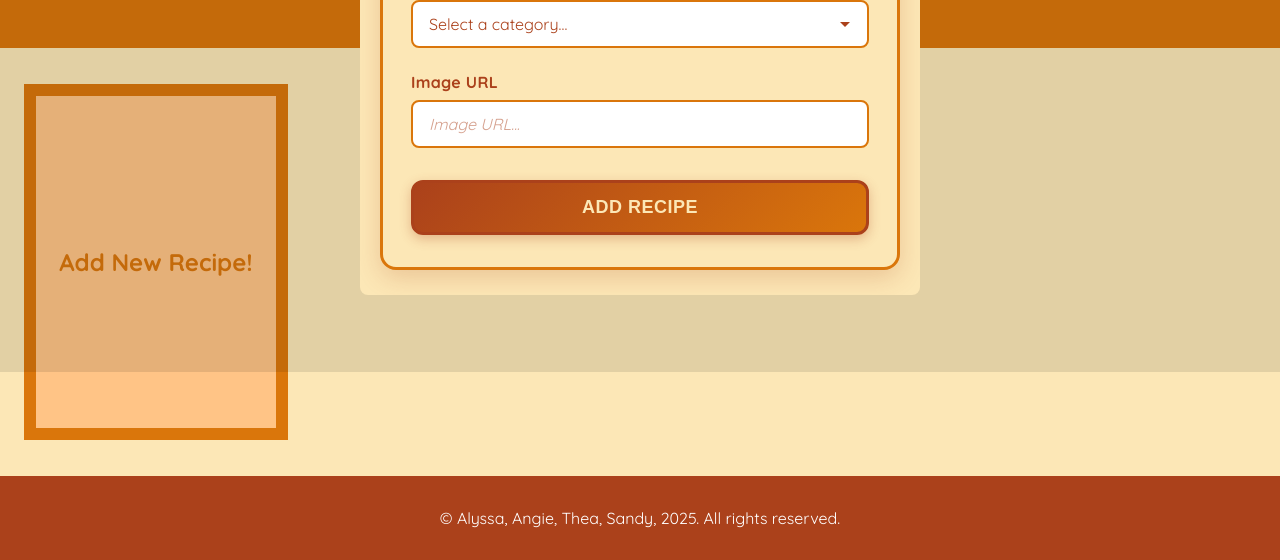
Repository: AlyssaHug/Recipes
Page: /, after clicking the first element matching `button.button`
These files come from the project's save history. The page is drawn as it stood at one moment and after the next save; the edit follows.
The browser window is 1280 px wide. The pictures show the part of the page from y = 348 to 908 px (the page is 908 px tall).
The page's requests for data from a server got no answer. The project was rebuilt for these pictures with package versions that can differ from the ones it lists, and the page was loaded fresh each time. No one was signed in, and anything a server would have sent is missing. Also part of the build but not shown: vite.config.js, src/components/Card.jsx.

Above is the page before, as saved 2025-11-15 04:17:49.

### src/index.css
/*====CSS Variables====*/
:root {
    /* Color Variables - using existing colors only */
    --primary-color: #ab411b;
    --secondary-color: #da760b;
    --tertiary-color: #e9b883;
    --fourth-color: #ffc486;
    --light-color: #fce7b6;

    /* Font Variables */
    --font-family: "Quicksand", arial;
    --font-size-large: 24px;
    --font-size-medium: 16px;
    --font-weight-bold: bold;
    --font-weight-medium: 500;
}

/*====Header Styles====*/
header {
    background-color: var(--secondary-color);
    padding: 3em 4em;
    justify-content: center;
    margin-bottom: 5vh;
    display: flex;
    > .header-content {
        display: flex;
        flex-direction: column;
        justify-content: center;
        margin-right: 60px;
    }
}
.header-content h1 {
    margin: 0;
    font-size: 3em;
    color: white;
    text-align: center;
}
span {
    font-weight: var(--font-weight-bold);
}
.header-content p {
    margin: 0;
    font-size: 1.25em;
    color: var(--light-color);
    margin-bottom: 20px;
}
.header-img {
    max-width: 200px;
    border-radius: 10%;
}

/*====Card Styles====*/
.card {
    width: 264px;
    height: 356px;
    position: relative;
    align-items: center;
    border: 6px solid var(--primary-color);
    text-align: center;
    background-color: var(--tertiary-color);
}
.title {
    color: var(--primary-color);
    font-weight: var(--font-weight-bold);
    margin-top: 0;
    margin-bottom: 12px;
}
.recipe_name {
    color: var(--primary-color);
    font-weight: var(--font-weight-bold);
    font-size: var(--font-size-large);
    margin-top: 0;
    margin-bottom: 12px;
}
.view,
a {
    text-decoration: none;
    color: var(--light-color);
    background-color: var(--primary-color);
    cursor: pointer;
    font-weight: var(--font-weight-medium);
    font-size: var(--font-size-medium);
    margin: 4px 8px 0;
    padding: 10px;
}
.cardImg {
    max-width: 220px;
    margin: 20px;
}
.card.selected {
    border: 6px solid var(--secondary-color);
    color: var(--light-color);
    background-color: var(--fourth-color);
    .recipe_name {
        color: var(--secondary-color);
    }
    .view,
    a {
        color: var(--primary-color);
        background-color: var(--secondary-color);
        font-weight: 800;
    }
}

/* Saving icon(archive) */
/*
 * SVG COLOR METHODS:
 *
 * Method 1: CSS Filters (current approach - works with <img> tags)
 * - Use filter property to change colors
 * - White: filter: brightness(0) invert(1);
 * - Black: filter: brightness(0);
 * - Custom colors: Use filter generators or adjust sepia/hue-rotate
 *
 * Method 2: Inline SVG (better control - requires changing Card.jsx)
 * - Change <img> to inline <svg> in Card.jsx
 * - Then use: color: var(--primary-color); or fill: currentColor;
 * - Your SVG files already use currentColor, so this would work perfectly
 */
.archive-icon {
    position: absolute;
    top: 10px;
    right: 10px;
    background: white;
    border: 2px solid var(--primary-color);
    border-radius: 50%;
    width: 40px;
    height: 40px;
    display: flex;
    align-items: center;
    justify-content: center;
    cursor: pointer;
    z-index: 10;
    padding: 0;
}
.archive-icon:hover {
    background: var(--light-color);
}
.archive-icon-img {
    width: 25px;
    height: 25px;
    display: block;
    /* Method 1: CSS Filter - Change color using filters */
    /* For primary color (brownish): */
    filter: brightness(0) saturate(100%) invert(25%) sepia(60%) saturate(2000%)
        hue-rotate(350deg) brightness(0.7);
    /* For white: filter: brightness(0) invert(1); */
    /* For black: filter: brightness(0); */
}
.archive-icon.filled {
    background: var(--secondary-color);
    border-color: var(--secondary-color);
}
.archive-icon.filled .archive-icon-img {
    /* White icon for filled state */
    filter: brightness(0) invert(1);
}
.archive-icon.filled:hover {
    background: var(--primary-color);
    border-color: var(--primary-color);
}
/*====Button Styles====*/
.button {
    width: 264px;
    height: 356px;
    font-family: var(--font-family);
    font-size: var(--font-size-large);
    font-weight: var(--font-weight-bold);
    color: var(--secondary-color);
    background-color: var(--fourth-color);
    border: 12px solid var(--secondary-color);
    text-align: center;
    margin-left: 24px;
    cursor: pointer;
    padding: 16px;
}

/*====Footer Styles====*/
footer {
    background-color: var(--primary-color);
    color: white;
    text-align: center;
    margin-top: 5vh;
    padding: 1em 0;
    bottom: 0;
    width: 100%;
}

### src/App.jsx
import "./App.css";
import React, { useState, useEffect } from "react";
import Recipe from "./components/Card";
import Add from "./components/Add";
import Header from "./components/Header";
import Footer from "./components/Footer";

function App() {
    const [recipes, setRecipes] = useState([]);
    useEffect(() => {
        fetch("https://www.themealdb.com/api/json/v1/1/search.php?s=")
            .then((response) => {
                if (!response.ok) {
                    throw new Error("Network response was not ok");
                }
                return response.json();
            })
            .then((data) => {
                if (data.meals) {
                    setRecipes(data.meals);
                } else {
                    setError("No recipes found.");
                }
            });
    }, []);

    function showRecipes(recipe) {
        return <Recipe recipe={recipe} />;
    }

    return (
        <div>
            <Header />
            <Add />
            <div className='recipes'>{recipes.map(showRecipes)}</div>

            <Footer />
        </div>
    );
}

export default App;

### src/App.css
@import url("https://fonts.googleapis.com/css2?family=Quicksand:wght@300..700&display=swap");
html,
body {
    background: #fce7b6;
    margin: 0;
    padding: 0;
    font-family: "Quicksand", arial;
}

main {
    flex: 1 0 auto; /* Allows main content to grow and not shrink */
    font-family: Verdana, Geneva, Tahoma, sans-serif;
}
.content {
    display: grid;
    grid-template-columns: 200px auto;
}
.recipes {
    display: flex;
    flex-wrap: wrap;
    gap: 60px;
    padding: 0 2em;
    justify-content: center;
}

### src/components/Add.jsx
import Modal from "./Modal/Modal";

function Add() {
return (
<div>
    <Modal btnLabel="Add New Recipe!" btnClassName="button">Add New Recipe!</Modal>
</div>
);
}

export default Add;

### src/components/Header.jsx
export default function Header() {
    return (
        <header>
            <div className='header-content'>
                <h1 className='title'>Recipes Catalog 🥗</h1>
                <p>
                    <span>Members:</span> Alyssa, Angie, Thea, Sandy
                </p>
            </div>
            <img
                src='https://img.freepik.com/premium-vector/set-coffee-equipment_73637-503.jpg'
                alt='header-img-decor'
            />
        </header>
    );
}

### src/components/Footer.jsx
export default function Footer() {
    return (
        <footer>
            <p>&copy; Alyssa, Angie, Thea, Sandy, 2025. All rights reserved.</p>
        </footer>
    );
}

### src/components/Modal/Modal.jsx
import { useRef } from "react";
import NewForm from "../NewForm/NewForm";
import "./Modal.css";

function Modal({ btnLabel, btnClassName }) {
    const modalRef = useRef();

    function handleclick(e) {
        modalRef.current.showModal();
    }

    return (
        <>
            <button
                className={btnClassName}
                onClick={handleclick}>
                {" "}
                {btnLabel}{" "}
            </button>
            <dialog
                ref={modalRef}
                className='modal'>
                <NewForm />
            </dialog>
        </>
    );
}
export default Modal;

### src/components/NewForm/NewForm.jsx
import { useState, useEffect } from "react";
import "./NewForm.css";

function NewForm() {
    const [categories, setCategories] = useState([]);

    useEffect(() => {
        fetch("https://www.themealdb.com/api/json/v1/1/list.php?c=list")
            .then((response) => {
                if (!response.ok) {
                    throw new Error("Failed to fetch categories");
                }
                return response.json();
            })
            .then((data) => {
                if (data.meals) {
                    setCategories(data.meals);
                }
            })
            .catch((err) => {
                console.error("Error fetching categories:", err);
            });
    }, []);

    function handleSubmit(e) {
        e.preventDefault();
    }
    return (
        <div className="form-container">
            <h2 className="form-title"> Add a new recipe </h2>
            <form>

                <div className="form-control">
                    <label htmlFor="recipe-name"> Recipe Name </label>
                    <input type="text" name="recipe-name" placeholder="Recipe Name..." />
                </div>

                <div className="form-control">
                    <label htmlFor="food-category"> Food Category </label>
                    <select name="food-category" id="food-category" required>
                        <option value="">Select a category...</option>
                        {categories.map((category) => (
                            <option key={category.strCategory} value={category.strCategory}>
                                {category.strCategory}
                            </option>
                        ))}
                    </select>
                </div>

                <div className="form-control">
                    <label htmlFor="image-url"> Image URL </label>
                    <input type="url" name="image-url" placeholder="Image URL..." />
                </div>

                <button className="create-button" value="submit"> Add Recipe </button>

            </form>
        </div>
    );
}

export default NewForm;

### src/components/Modal/Modal.css
.modal {
    border: none;
    border-radius: 8px;
    padding: 20px;
    width: 520px;
    max-width: 100vw;
    background-color: var(--light-color);
}

.modal .header {
    display: flex;
    align-items: center;
    justify-content: space-between;
    padding: 16px 24px;
}

### src/components/NewForm/NewForm.css
/*====Form Styles====*/
.form-container {
    background-color: var(--light-color);
    border: 3px solid var(--secondary-color);
    border-radius: 16px;
    padding: 32px 28px;
    margin: 5px auto;
    max-width: 520px;
    box-shadow: 0 8px 24px rgba(171, 65, 27, 0.2);
}

.form-control {
    margin-bottom: 24px;
}

.form-title {
    color: var(--primary-color);
    font-weight: var(--font-weight-bold);
    font-size: 28px;
    margin-bottom: 24px;
    text-align: center;
    text-shadow: 2px 2px 4px rgba(171, 65, 27, 0.1);
    letter-spacing: 0.5px;
}

.form-control label {
    display: block;
    margin-bottom: 8px;
    color: var(--primary-color);
    font-weight: var(--font-weight-bold);
    font-size: var(--font-size-medium);
    letter-spacing: 0.3px;
}

.form-control input,
.form-control select {
    width: 100%;
    padding: 12px 16px;
    border: 2px solid var(--secondary-color);
    border-radius: 8px;
    font-size: var(--font-size-medium);
    font-family: var(--font-family);
    background-color: white;
    color: var(--primary-color);
    transition: all 0.3s ease;
    box-sizing: border-box;
}

.form-control input:focus,
.form-control select:focus {
    outline: none;
    border-color: var(--primary-color);
    box-shadow: 0 0 0 3px rgba(171, 65, 27, 0.1);
    transform: translateY(-1px);
}

.form-control input::placeholder {
    color: rgba(171, 65, 27, 0.5);
    font-style: italic;
}

.form-control select {
    cursor: pointer;
    appearance: none;
    background-image: url("data:[embedded picture, 161 characters]");
    background-repeat: no-repeat;
    background-position: right 16px center;
    padding-right: 40px;
}

.create-button {
    width: 100%;
    padding: 14px 24px;
    border: 3px solid var(--primary-color);
    border-radius: 12px;
    background: linear-gradient(135deg, var(--primary-color) 0%, var(--secondary-color) 100%);
    color: var(--light-color);
    font-weight: var(--font-weight-bold);
    font-size: 18px;
    cursor: pointer;
    margin-top: 8px;
    transition: all 0.3s ease;
    box-shadow: 0 4px 12px rgba(171, 65, 27, 0.3);
    letter-spacing: 0.5px;
    text-transform: uppercase;
}

.create-button:hover {
    background: linear-gradient(135deg, var(--secondary-color) 0%, var(--primary-color) 100%);
    transform: translateY(-2px);
    box-shadow: 0 6px 16px rgba(171, 65, 27, 0.4);
    border-color: var(--secondary-color);
}

.create-button:active {
    transform: translateY(0);
    box-shadow: 0 2px 8px rgba(171, 65, 27, 0.3);
}

Loaded but not shown: index.html (common file); src/main.jsx (common file)

After the next save:
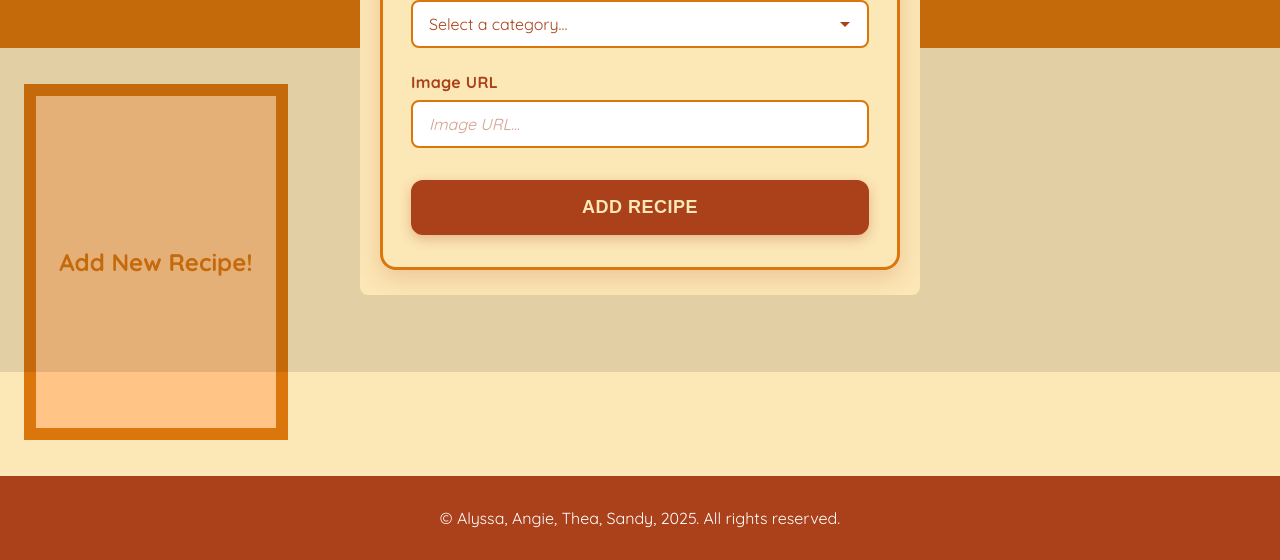
Saved 17 s later.
--- a/src/components/NewForm/NewForm.css
+++ b/src/components/NewForm/NewForm.css
@@ -73,7 +73,7 @@
     padding: 14px 24px;
     border: 3px solid var(--primary-color);
     border-radius: 12px;
-    background: linear-gradient(135deg, var(--primary-color) 0%, var(--secondary-color) 100%);
+    background-color: var(--primary-color);
     color: var(--light-color);
     font-weight: var(--font-weight-bold);
     font-size: 18px;
@@ -86,7 +86,7 @@
 }
 
 .create-button:hover {
-    background: linear-gradient(135deg, var(--secondary-color) 0%, var(--primary-color) 100%);
+    background-color: var(--secondary-color);
     transform: translateY(-2px);
     box-shadow: 0 6px 16px rgba(171, 65, 27, 0.4);
     border-color: var(--secondary-color);
